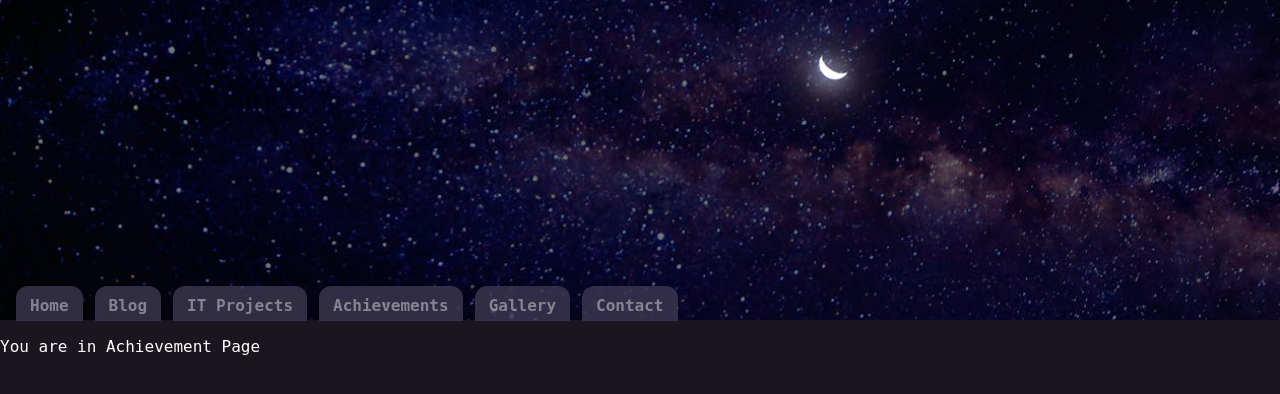
Repository: JMauve2233248/JiajyStudio
Page: Achievement.html
The author's editor kept a copy of each file at every save. The page is drawn from the files as they stood at one save, then again after the next save.
The browser window is 1280 px wide. The pictures show the whole page.

Above is the page before, as saved 2026-03-05 00:43:22.

After the next save:
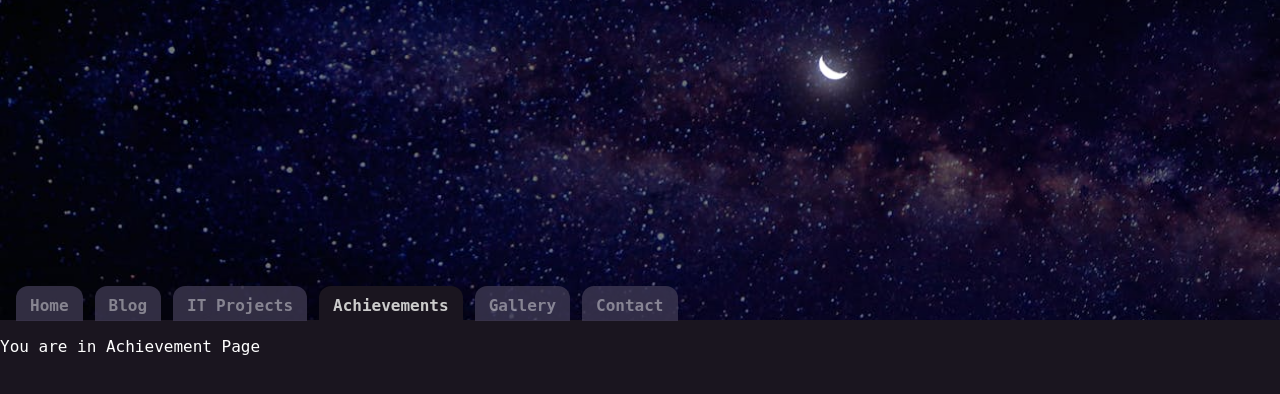
Saved 20 s later.
--- a/Achievement.html
+++ b/Achievement.html
@@ -25,7 +25,7 @@
                 <a class="tab" href="Home.html">Home</a>
                 <a class="tab" href="Blog.html">Blog</a>
                 <a class="tab" href="ITprojects.html">IT Projects</a>
-                <a class="tab" href="Achievement.html">Achievements</a>
+                <a class="tab active" href="Achievement.html">Achievements</a>
                 <a class="tab" href="Gallery.html">Gallery</a>
                 <a class="tab" href="Contact.html">Contact</a>
             </nav>
